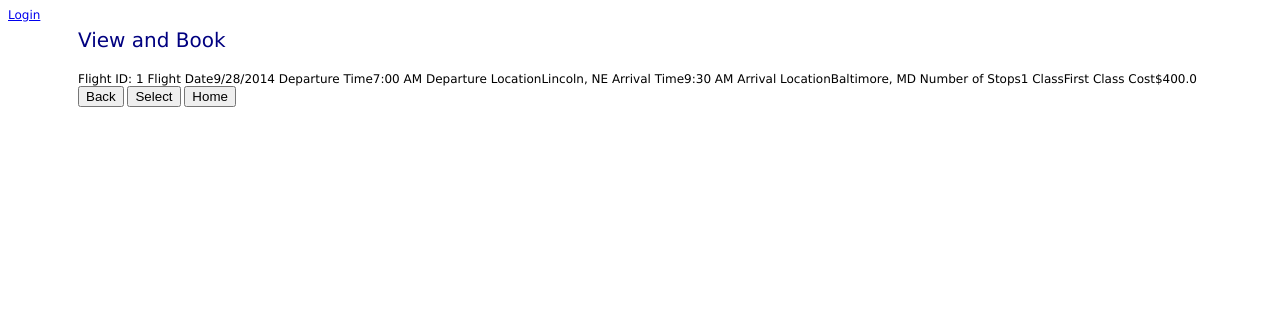
Repository: jliu9000/CSE-464---Flight-Pages
Page: http://localhost/HW1/ViewAndBook.jsp
These files come from the project's save history. The page is drawn as it stood at one moment and after the next save; the edit follows.
The browser window is 1280 px wide. The pictures show the whole page.
The page is served by Tomcat 9.

Above is the page before, as saved 2014-09-22 21:39:39.

After the next save:
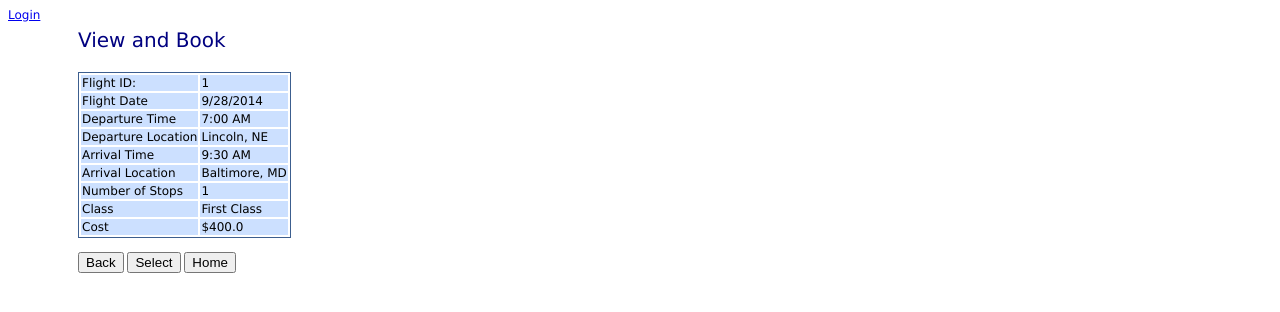
Saved 48 s later.
--- a/HW1/WebContent/ViewAndBook.jsp
+++ b/HW1/WebContent/ViewAndBook.jsp
@@ -30,17 +30,17 @@
 	<p class="PageTitle">View and Book</p>
 
 
-
-		<td class="key">Flight ID: </td><td class='value'><%=r.getID() %></td>
-		<td class='key'>Flight Date</td><td class='value'><%=r.getDateOfTravel() %></td>
-		<td class='key'>Departure Time</td><td class='value'><%=r.getDepartureTime() %></td>
-		<td class='key'>Departure Location</td><td class='value'><%=r.getSource() %></td>
-		<td class='key'>Arrival Time</td><td class='value'><%=r.getArrivalTime() %></td>
-		<td class='key'>Arrival Location</td><td class='value'><%=r.getDestination() %></td>
-		<td class='key'>Number of Stops</td><td class='value'><%=r.getNumberOfStops() %></td>
-		<td class='key'>Class</td><td class='value'><%=r.getFlightClass() %></td>
-		<td class='key'>Cost</td><td class='value'>$<%=r.getCost() %></td>
-
+		<table>
+			<tr><td class="key">Flight ID: </td><td class='value'><%=r.getID() %></td></tr>
+			<tr><td class='key'>Flight Date</td><td class='value'><%=r.getDateOfTravel() %></td></tr>
+			<tr><td class='key'>Departure Time</td><td class='value'><%=r.getDepartureTime() %></td></tr>
+			<tr><td class='key'>Departure Location</td><td class='value'><%=r.getSource() %></td></tr>
+			<tr><td class='key'>Arrival Time</td><td class='value'><%=r.getArrivalTime() %></td></tr>
+			<tr><td class='key'>Arrival Location</td><td class='value'><%=r.getDestination() %></td></tr>
+			<tr><td class='key'>Number of Stops</td><td class='value'><%=r.getNumberOfStops() %></td></tr>
+			<tr><td class='key'>Class</td><td class='value'><%=r.getFlightClass() %></td></tr>
+			<tr><td class='key'>Cost</td><td class='value'>$<%=r.getCost() %></td></tr>
+		</table>
 
 	<br>
 
